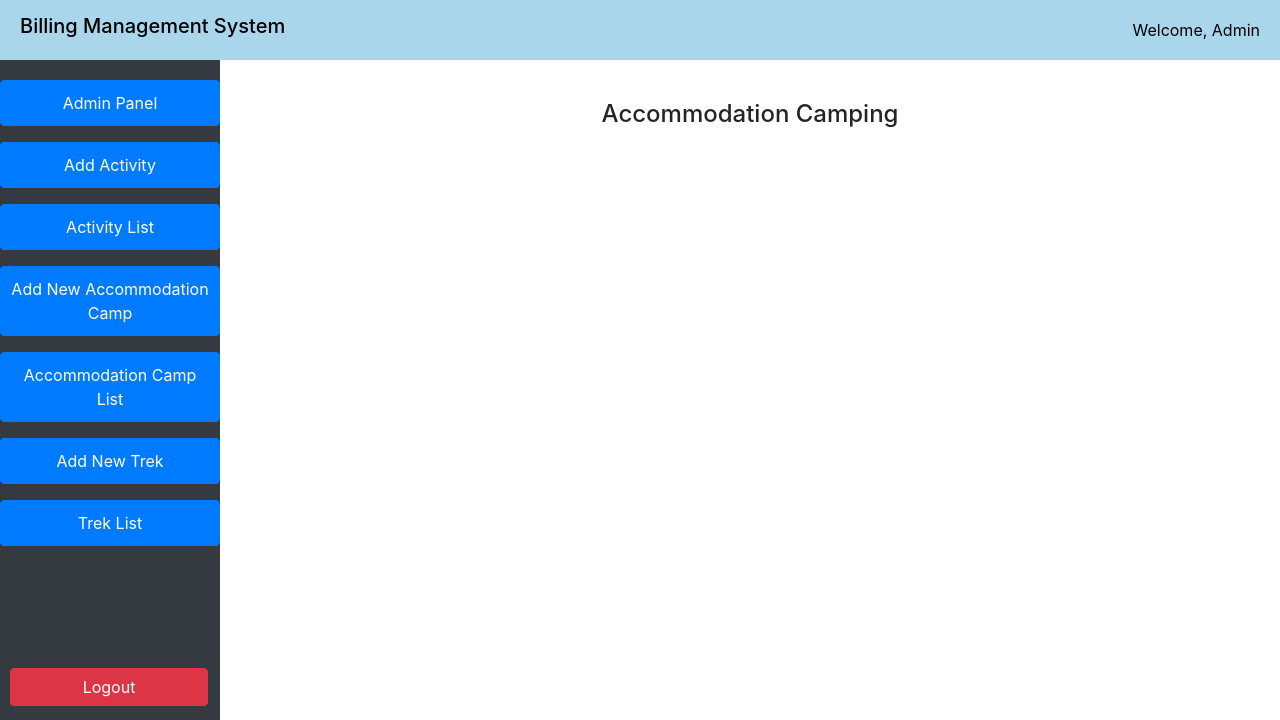
Repository: ruturajsurwase/Thymleaf-Projects
Page: http://localhost/trek-list
These files come from the project's save history. The page is drawn as it stood at one moment and after the next save; the edit follows.
The browser window is 1280 px wide. The pictures show the whole page.
Some web libraries are served in a nearby version. The page is this project's Thymeleaf template; nobody is signed in. The template is opened directly, without the code that normally fills it, so the values that code supplies are empty.

Above is the page before, as saved 2024-12-12 09:35:06.

After the next save:
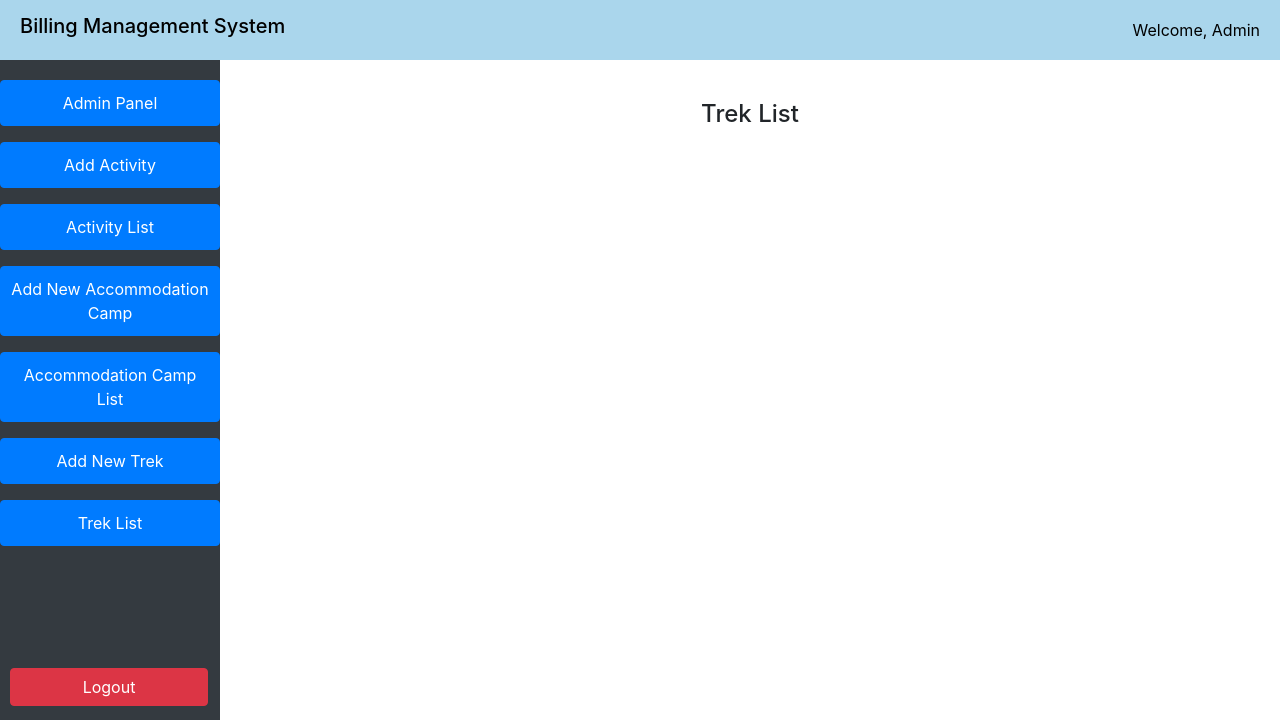
Saved 16 s later.
--- a/WEEKENDFEELS/src/main/resources/templates/trek-list.html
+++ b/WEEKENDFEELS/src/main/resources/templates/trek-list.html
@@ -138,7 +138,7 @@
 
     <!-- Main Content -->
     <div class="content">
-        <h4 class="text-center">Accommodation Camping</h4>
+        <h4 class="text-center">Trek List</h4>
         <div th:each="activity : ${allTrek}" class="activity">
             <img th:src="${activity.imageUrl}" alt="Activity Image" width="200"/>
             <div class="activity-details">
